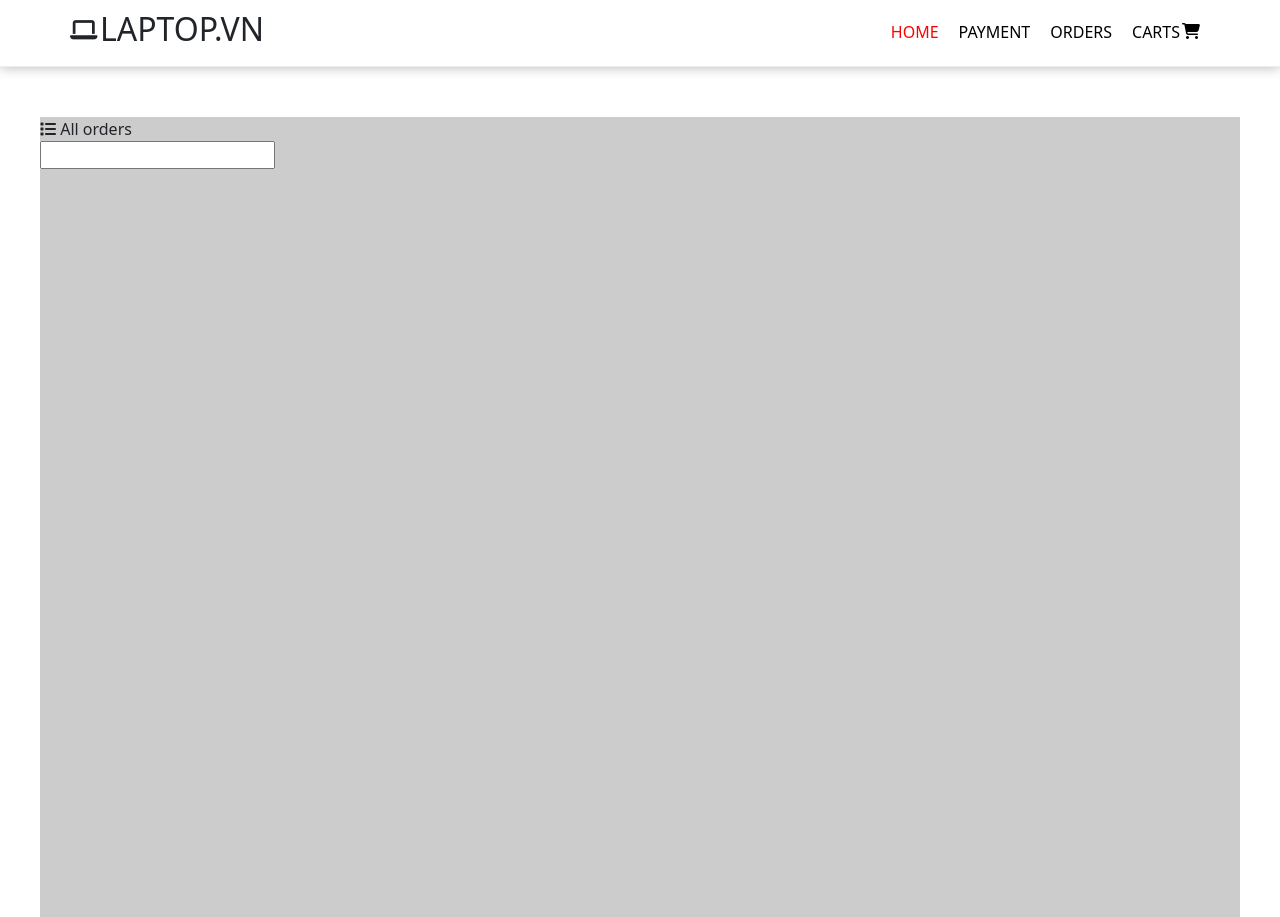
Repository: nguyenhaidang212/danh-sach-ban-hang
Page: index.html
The author's editor kept a copy of each file at every save. The page is drawn from the files as they stood at one save, then again after the next save.
The browser window is 1280 px wide. The pictures show the whole page.
The page's requests for data from a server got no answer. Some web libraries are served in a nearby version.

Above is the page before, as saved 2023-02-26 17:07:13.
Console error: TypeError: Cannot read properties of null (reading 'forEach')

### index.html
<!DOCTYPE html>
<html lang="en">
  <head>
    <meta charset="UTF-8" />
    <meta http-equiv="X-UA-Compatible" content="IE=edge" />
    <meta name="viewport" content="width=device-width, initial-scale=1.0" />
    <title>LaptopSHOP</title>
    <script
      src="https://kit.fontawesome.com/2568d54abe.js"
      crossorigin="anonymous"
    ></script>
    <link
      href="https://cdn.jsdelivr.net/npm/bootstrap@5.3.0-alpha1/dist/css/bootstrap.min.css"
      rel="stylesheet"
      integrity="sha384-GLhlTQ8iRABdZLl6O3oVMWSktQOp6b7In1Zl3/Jr59b6EGGoI1aFkw7cmDA6j6gD"
      crossorigin="anonymous"
    />
    <script
      src="https://cdn.jsdelivr.net/npm/bootstrap@5.3.0-alpha1/dist/js/bootstrap.bundle.min.js"
      integrity="sha384-w76AqPfDkMBDXo30jS1Sgez6pr3x5MlQ1ZAGC+nuZB+EYdgRZgiwxhTBTkF7CXvN"
      crossorigin="anonymous"
    ></script>
    <link rel="stylesheet" href="style.css" />
  </head>
  <body>
    <header>
      <div class="header">
        <div class="header-title">
          <i class="fa-solid fa-laptop header-icon-title"></i>
          <h2>LAPTOP.VN</h2>
        </div>
        <div class="header-menu">
          <div class="menu-link header-menu-home">
            <span class="none home" href="">HOME</span>
          </div>
          <div class="menu-link header-menu-about">
            <span class="none payment" href="">PAYMENT</span>
          </div>
          <div class="menu-link header-menu-order">
            <span class="none order" href="">ORDERS</span>
          </div>
          <div class="menu-link carts header-menu-bill">
            <span class="none buy_display" href="">CARTS</span>
            <i class="fas fa-shopping-cart buy_display buy_icon"> </i>
          </div>
          <div class="buy_count" style="display: none"></div>
          <div class="line"></div>
        </div>
      </div>
    </header>
    <!-- Trang giao dien -->
    <main class="main_menu" style="display: none">
      <div class="list"></div>
    </main>
    <!-- Trang danh sach -->
    <main class="main_buy" style="display: none">
      <div class="title">
        <span>Product Name</span><span>Quantity</span><span>Subtotal</span
        ><span>Total</span><span>Clear Cart</span>
      </div>
      <div class="img" style="display: none">
        <img src="./imgs/117-1170538_404-your-cart-is-empty.png" alt="" />
      </div>
      <div class="info"></div>
      <div class="buy">
        <button id="back" class="back">Back to Shopping</button>
        <div class="total">
          <strong>Total: $</strong>
          <div class="bill"></div>
          <button id="buy">Buy</button>
        </div>
      </div>
    </main>
    <!-- Trang thong tin -->
    <main class="main_info" style="display: none">
      <div class="buy_form">
        <div class="form_title">
          <h1>Thông tin người mua</h1>
          <i class="fa-solid fa-circle-xmark close"></i>
        </div>
        <div class="form_content">
          <div class="form_grid">
            <div class="username">
              <div class="form_wrong"></div>
              <div class="input-group mb-3">
                <span class="input-group-text" id="basic-addon1">Họ</span>
                <input
                  type="text"
                  class="form-control form_username"
                  aria-label="Username"
                  aria-describedby="basic-addon1"
                />
              </div>
              <div class="form_wrong"></div>
              <div class="input-group mb-3">
                <span class="input-group-text" id="basic-addon1">Tên</span>
                <input
                  type="text"
                  class="form-control form_username2"
                  aria-label="Username"
                  aria-describedby="basic-addon1"
                />
              </div>
            </div>
            <div class="form_wrong"></div>
            <div class="input-group mb-3">
              <span class="input-group-text" id="basic-addon1">Email</span>
              <input
                type="text"
                class="form-control form_email"
                aria-label="Username"
                aria-describedby="basic-addon1"
              />
            </div>
            <div class="form_wrong"></div>
            <div class="input-group mb-3">
              <span class="input-group-text" id="basic-addon1"
                >Số điện thoại</span
              >
              <input
                type="text"
                class="form-control form_number"
                aria-label="Username"
                aria-describedby="basic-addon1"
              />
            </div>
            <div id="address">Địa chỉ</div>
            <div class="form_wrong form_address"></div>
            <div class="address">
              <select
                class="form-select select-city"
                aria-label="Default select example"
              >
                <option selected value="" class="option-city">
                  --Chọn Tỉnh/Thành phố--
                </option>
              </select>
              <select
                class="form-select select-district"
                aria-label="Default select example"
              >
                <option selected>--Chọn Huyện/Quận--</option>
              </select>
              <select
                class="form-select select-ward"
                aria-label="Default select example"
              >
                <option selected>--Chọn Xã--</option>
              </select>
            </div>
            <div class="form_wrong"></div>
            <div class="input-group mb-3">
              <input
                type="text"
                class="form-control form_home"
                placeholder="Số nhà"
                aria-label="Username"
                aria-describedby="basic-addon1"
              />
            </div>
            <div class="form-floating">
              <textarea
                class="form-control form_message"
                placeholder="Leave a comment here"
                id="floatingTextarea2"
                style="height: 100px"
              ></textarea>
              <label for="floatingTextarea2">Lời nhắn</label>
            </div>
          </div>
        </div>
        <div class="confirm">
          <button type="button" class="btn btn-danger cancer">Hủy</button>
          <button type="button" class="btn btn-primary show btn-confirm">
            Trang thanh toán
          </button>
        </div>
      </div>
    </main>
    <!-- Trang thanh toan -->
    <main class="main_confirm" style="display: none">
      <div class="confirm_grid">
        <div class="confirm_title">
          <strong>Code</strong>
        </div>
        <div class="confirm_title"><strong>Customer Name</strong></div>
        <div class="confirm_title"><strong>Date</strong></div>
        <div class="confirm_title"><strong>Item Numbers</strong></div>
        <div class="confirm_title"><strong>Total Quantity</strong></div>
        <div class="confirm_title"><strong>Totol Price</strong></div>
        <div class="confirm_title"><strong>Return</strong></div>
      </div>
      <div class="confirm_item_buy" style="display: none">
        <i class="fa-solid fa-circle-xmark close_list"></i>
        <div class="item_buy_title">
          <strong>Name</strong> <strong>Price</strong><strong>Quantity</strong>
        </div>
      </div>
      <div class="confirm_btn">
        <button class="back" id="back2">Back to Shopping</button>
        <button class="finish" id="">Xác nhận</button>
      </div>
      <div class="max_item"></div>
    </main>
    <!-- Don hang thanh cong -->
    <div class="success" style="display: none">
      Bạn đã mua hàng thành công !
    </div>
    <!-- Trang danh sach don hang -->
    <main id="order">
      <div class="order-title">
        <i class="fa-solid fa-list"></i>
        <span>All orders</span>
      </div>
      <input type="search" />
    </main>
    <script src="main.js"></script>
    <script src="api.js"></script>
    <script src="style.js"></script>
  </body>
</html>

### style.css
* {
  padding: 0;
  margin: 0;
  box-sizing: border-box;
}
.form {
  display: inline-grid;
  grid-template-columns: 150px 150px 150px 150px;
  column-gap: 20px;
  row-gap: 20px;
  text-align: center;
  margin-bottom: 20px;
}
/* header */
.header {
  display: flex;
  border-bottom: 1px solid #eee;
  width: 100%;
  padding: 10px 100px 10px;
  justify-content: space-between;
  box-shadow: 0 0 12px 0 rgba(0, 0, 0, 0.3);
}
.header-title {
  display: flex;
  font-size: 20px;
}
.header-icon-title {
  position: absolute;
  left: 70px;
  top: 19px;
  font-size: 22px;
}
.none {
  cursor: pointer;
}
.header-menu {
  display: flex;
  grid-template-columns: 50px 50px 50px 50px;
  column-gap: 20px;
  margin-top: 10px;
  position: relative;
}
li {
  list-style: none;
}
li:hover {
  cursor: pointer;
}
.line {
  height: 2px;
  background-color: red;
  position: fixed;
  pointer-events: none;
  transition: all 0.2s linear;
}
.home {
  color: red;
}
/* .header-menu::after {
  width: 40px;
  height: 2px;
  background-color: red;
  content: "";
  position: absolute;
  top: 30px;
  left: 0;
  transition: transform linear 0.1s;
} */

.header-menu {
  text-decoration: none;
  color: black;
  position: relative;
}
.buy_count {
  width: 24px;
  height: 24px;
  padding: 4px;
  background-color: red;
  position: absolute;
  border-radius: 50%;
  right: -36px;
  border: 2px solid #fff;
  top: -12px;
  color: white;
  line-height: 12px;
  font-size: 12px;
  text-align: center;
}
/* main_menu */
main {
  width: 1200px;
  margin: 20px auto;
}
.list {
  display: grid;
  margin: 0 225px;
  grid-template-columns: 180px 180px 180px 180px;
  column-gap: 10px;
  row-gap: 20px;
  text-align: center;
}
.item {
  border: 2px solid #eee;
  position: relative;
  z-index: 1;
  box-shadow: 0 1px 2px 0 rgba(0, 0, 0, 0.1);
  transition: transform linear 0.1s;
  /* max-height: 200px;
  overflow: hidden; */
}
.item:hover {
  box-shadow: 0 1px 20px 0 rgba(0, 0, 0, 0.05);
  transform: translateY(-1px);
}
.item-imgs {
  width: 100%;
  height: 180px;
  display: flex;
  justify-content: center;
  align-items: center;
  margin-bottom: 8px;
  overflow: hidden;
}
.item-img {
  text-align: center;
  width: 100%;
}
.item-title {
  font-weight: 600;
  margin-bottom: 4px;
  padding: 0 8px;
  height: 40px;
  line-height: 20px;
  font-size: 18px;
  overflow: hidden;
  display: block;
  display: -webkit-box;
  -webkit-box-orient: vertical;
  -webkit-line-clamp: 2;
}
.item-info {
  display: flex;
  justify-content: space-between;
  margin: 5px;
  padding: 0 10px;
  font-size: 12px;
}
.item-icon {
  position: absolute;
  border-radius: 50%;
  width: 30px;
  height: 30px;
  line-height: 30px;
  bottom: 36px;
  right: -4px;
}
.item-add {
  color: #fe6332;
  cursor: pointer;
  position: absolute;
  top: -15px;
  right: 8px;
}
.buy_display {
  cursor: pointer;
}
.buy_icon {
  position: absolute;
  right: -20px;
  top: 3px;
}
/* main_buy */
.back,
.finish {
  background-color: #fe6332;
  color: white;
  border-radius: 4px;
  width: 200px;
  height: 30px;
  border: none;
  cursor: pointer;
}
#buy {
  background-color: #27aa99;
  color: white;
  border-radius: 4px;
  width: 50px;
  height: 30px;
  border: none;
  cursor: pointer;
}
.title {
  display: grid;
  grid-template-columns: 600px 200px 100px 100px 100px;
  text-align: center;
  margin-bottom: 20px;
  font-weight: 700;
}
.list_buy {
  display: flex;
  text-align: center;
  margin-bottom: 12px;
  max-height: 400px;
}
.buy-name {
  width: 600px;
  height: 30px;
  text-align: left;
  line-height: 30px;
  display: -webkit-box;
  -webkit-box-orient: vertical;
  overflow: hidden;
  -webkit-line-clamp: 1;
  margin-right: 45px;
}
.buy-quality {
  width: 150px;
  display: grid;
  grid-template-columns: 30px 50px 20px;
}
.buy-price,
.buy-del,
.buy-sum,
.return_item {
  width: 100px;
}
.buy-price {
  margin-right: 8px;
}
.buy {
  margin: auto;
  display: flex;
  justify-content: space-between;
  margin-top: 50px;
}
#buy {
  margin-right: 40px;
}
.img {
  text-align: center;
}
.buy-del,
.return_item {
  color: red;
  cursor: pointer;
}
.plus-icon,
.minus-icon {
  /* margin: 0 24px; */
  cursor: pointer;
  border: 1px solid #eee;
  padding: 4px;
  border-radius: 50%;
  height: 30px;
  width: 30px;
}
.plus-icon:hover {
  background-color: #fe6332;
}
.minus-icon:hover {
  background-color: #27aa99;
}
.total {
  display: flex;
  align-items: center;
}
.bill {
  margin-right: 30px;
}
/* Trang thanh toan */
.buy_form {
  border: 1px solid rgba(128, 128, 128, 1);
  margin: 0 auto;
  background-color: white;
}
.form_title {
  display: flex;
  justify-content: space-between;
  margin: 20px;
}
.form_content {
  border-top: 1px solid #eee;
  border-bottom: 1px solid #eee;
  padding: 30px 20px;
}
.form_com .username {
  display: flex;
  justify-content: space-between;
  column-gap: 20px;
}
.address {
  display: flex;
  justify-content: space-between;
}
.dropdown {
  text-align: center;
  margin-bottom: 10px;
}
.form_title i {
  cursor: pointer;
}
.confirm {
  text-align: right;
  padding: 20px;
}
.close:hover {
  opacity: 0.8;
}
.form-select {
  width: 300px;
  text-align: center;
}
.form_wrong {
  color: red;
  font-size: 15px;
}
.address {
  margin-bottom: 12px;
}
/* Trang thanh toan */
.confirm_grid {
  display: grid;
  text-align: center;
  grid-template-columns: 150px 250px 100px 200px 200px 200px 100px;
  grid-template-rows: 20px;
  row-gap: 12px;
}
.confirm_name {
  height: 20px;
  line-height: 20px;
  overflow: hidden;
  text-overflow: ellipsis;
}
#back2,
.finish {
  margin-top: 12px;
}
.details {
  color: blue;
  cursor: pointer;
}
.details:hover {
  text-decoration: underline;
}
.confirm_item_buy {
  width: 600px;
  margin: 12px;
  padding: 8px;
  border: 1px solid #eee;
  border-radius: 4px;
}
.item_buy,
.item_buy_title {
  display: grid;
  grid-template-columns: 50% 25% 25%;
  column-gap: 8px;
  row-gap: 8px;
  text-align: center;
}
.item_buy_name {
  height: 50px;
  line-height: 25px;
  overflow: hidden;
  display: -webkit-box;
  -webkit-box-orient: vertical;
  -webkit-line-clamp: 2;
}
.close_list {
  cursor: pointer;
}
.close_list:hover {
  opacity: 0.8;
}
.max_item {
  text-align: center;
  color: red;
  font-size: 20px;
  margin: 12px;
  margin-top: 30px;
}
.confirm_btn {
  display: flex;
  justify-content: space-between;
  margin-top: 12px;
}
.finish {
  background-color: #198754;
  width: max-content;
  padding: 0 12px;
}
.back:hover {
  opacity: 0.8;
}
.finish:hover {
  opacity: 0.8;
}
.info {
  color: red;
  font-size: 20px;
  text-align: center;
  margin-top: 12px;
}
/* Success */
.success {
  font-size: 20px;
  font-weight: 600;
  color: white;
  background-color: #0d6efd;
  width: max-content;
  margin: 200px auto;
  text-align: center;
  padding: 20px;
  border-radius: 8px;
  cursor: pointer;
}
/* Trang danh sach don hang */
#order {
  width: 1200px;
  height: 800px;
  margin: auto;
  margin-top: 50px;
  background-color: #ccc;
}

### style.js
const menu = document.querySelectorAll(".menu-link");
const line = document.querySelector(".line");
menu.forEach((e) => {
  e.addEventListener("mouseenter", (e) => {
    const { left, top, width, height } = e.target.getBoundingClientRect();
    const offSetBottom = -2;
    line.style.width = `${width}px`;
    line.style.left = `${left}px`;
    line.style.top = `${top + height + offSetBottom}px`;
  });
});
document.querySelector(".header-menu").addEventListener("mouseleave", (e) => {
  line.style.width = 0;
});

Loaded but not shown: main.js (571 lines, source omitted); api.js (394 lines, source omitted)

After the next save:
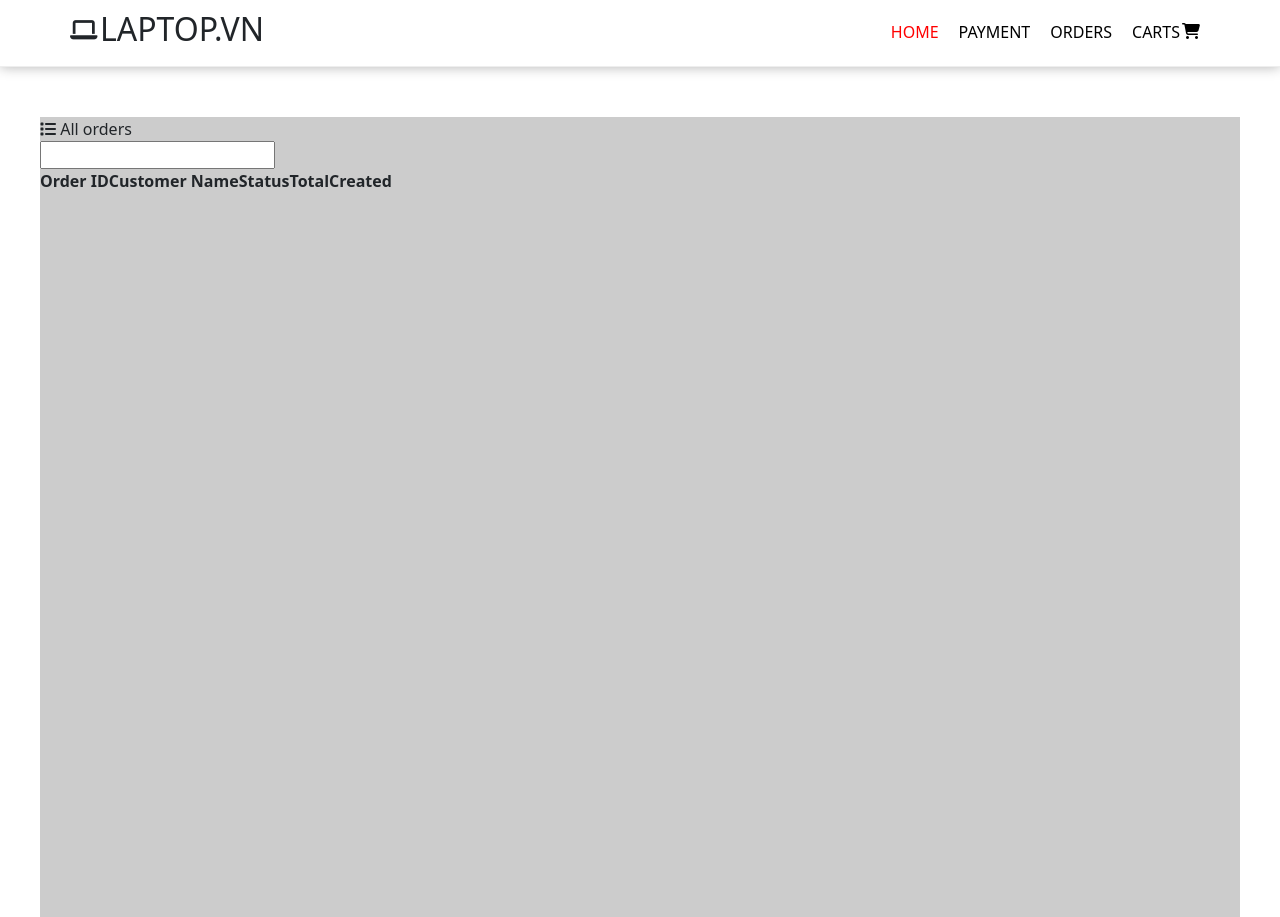
Saved 108 s later.
--- a/index.html
+++ b/index.html
@@ -213,6 +213,10 @@
         <span>All orders</span>
       </div>
       <input type="search" />
+      <div class="order-gird">
+        <strong>Order ID</strong><strong>Customer Name</strong
+        ><strong>Status</strong><strong>Total</strong><strong>Created</strong>
+      </div>
     </main>
     <script src="main.js"></script>
     <script src="api.js"></script>
